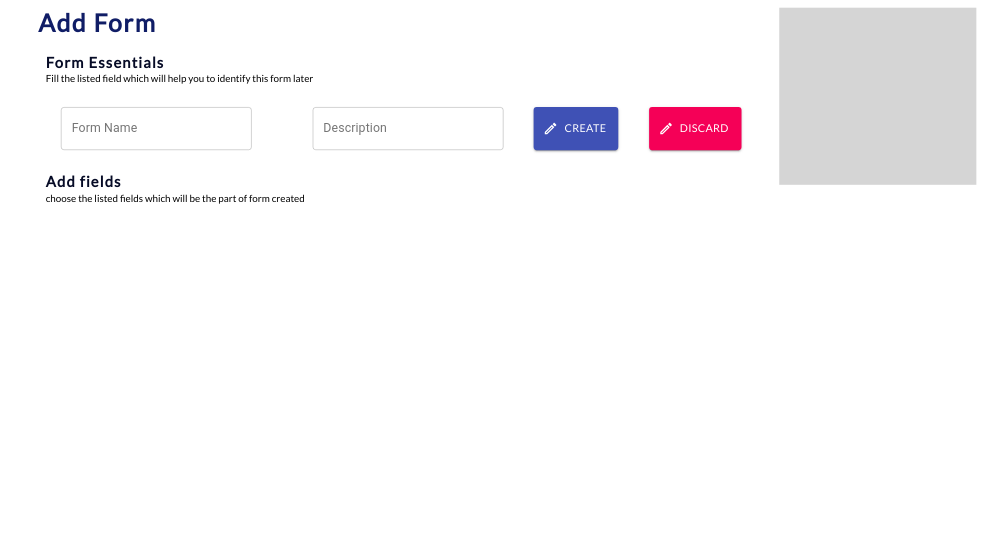
Repository: Architjain128/df
Page: /add
An editor plug-in stored every save of this project. The page is shown before and after the next save, followed by the edit.
The browser window is 1280 px wide. The pictures show the whole page, at 77% of full size.
The project was rebuilt for these pictures with package versions that can differ from the ones it lists, and the page was loaded fresh each time. Also part of the build but not shown: src/App.css, src/dftable.js, src/dataForm.js.

Above is the page before, as saved 2021-06-25 17:26:29.

After the next save:
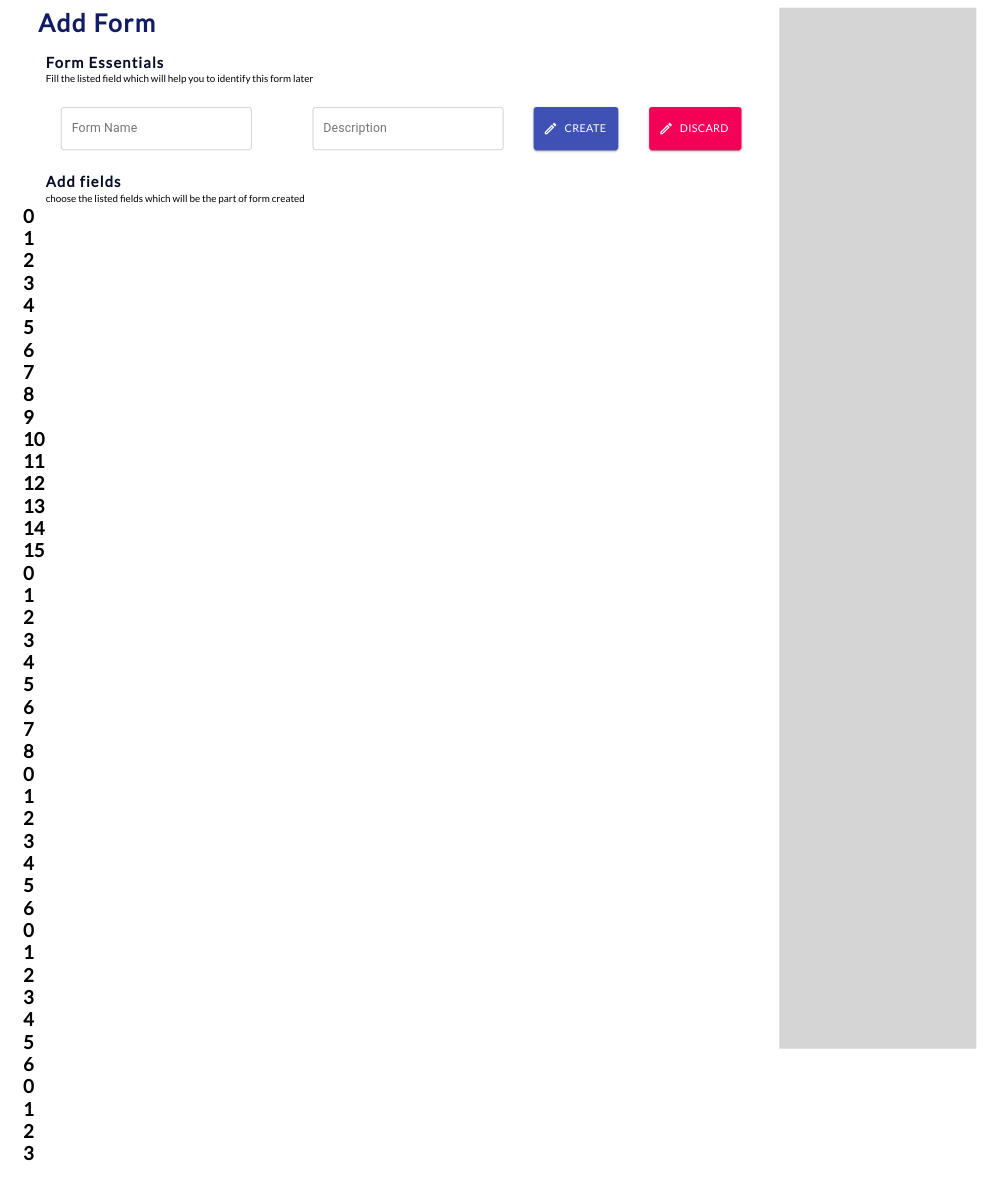
Saved 16 s later.
--- a/src/addDataForm.js
+++ b/src/addDataForm.js
@@ -23,7 +23,7 @@ class AddDataForm extends Component{
     listit=(data,level)=>{
         var ro=[]
         for (var c in data) {
-            ro.push(<h2>{c[0]['name']}</h2>);
+            ro.push(<h2>{c}</h2>);
             console.log(c[0]['name'])
         }
         return ro
